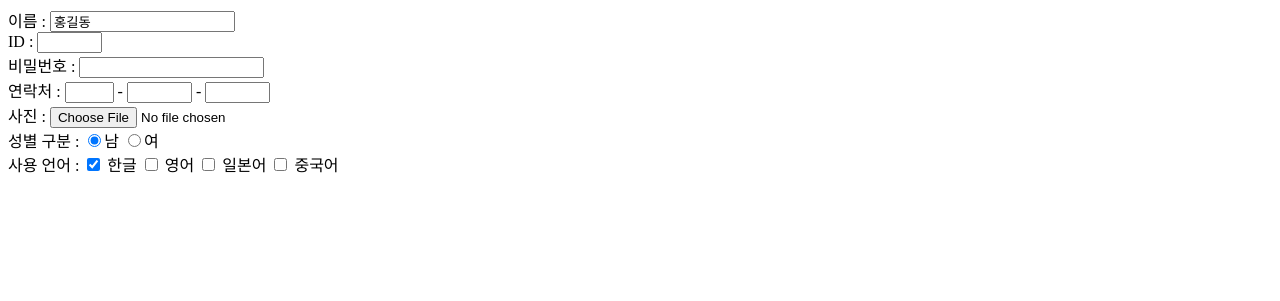
Repository: HyeogDo/Study_Java
Page: JSP/HTML/src/main/webapp/Lec07.html
The author's editor kept a copy of each file at every save. The page is drawn from the files as they stood at one save, then again after the next save.
The browser window is 1280 px wide. The pictures show the whole page.

Above is the page before, as saved 2022-03-15 05:14:18.

### JSP/HTML/src/main/webapp/Lec07.html
<!DOCTYPE html>
<html>
	<head>
		<meta charset="UTF-8">
		<title>Form Tag</title>
	</head>
	<body>
		<form action="#" method="get">
			이름 : <input type="text" name="userName" value="홍길동"><br>
			ID : <input type="text" name="userId" size="5"><br>
			비밀번호 : <input type="password" name="userPassword"><br>
			연락처 : <input type="text" name="userPhoneNum1" size = "3" maxlength="3"> - <input type="text" name="userPhoneNum2" size = "5" maxlength="4" > - <input type="text" name="userPhoneNum3" size = "5" maxlength="4"><br>
			사진 : <input type="file" name="picture"><br>
			성별 구분 : <input type="radio" name="gender" value="man" checked="checked">남
					<input type="radio" name="gender" value="woman" >여<br>
			사용 언어 :
				<input type="checkbox" name = "lang" value="kor" checked="checked"> 한글
				<input type="checkbox" name = "lang" value="eng" > 영어
				<input type="checkbox" name = "lang" value="jpn" > 일본어
				<input type="checkbox" name = "lang" value="chn" > 중국어
		</form>


	</body>
</html>

After the next save:
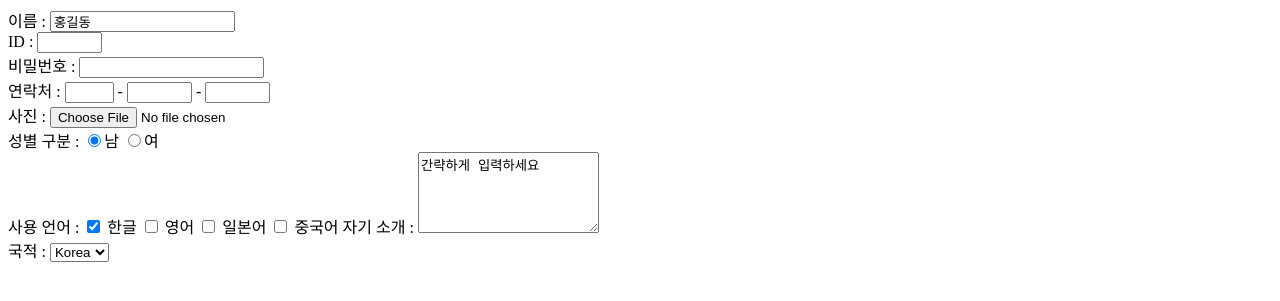
Saved 4 min 17 s later.
--- a/JSP/HTML/src/main/webapp/Lec07.html
+++ b/JSP/HTML/src/main/webapp/Lec07.html
@@ -18,6 +18,15 @@
 				<input type="checkbox" name = "lang" value="eng" > 영어
 				<input type="checkbox" name = "lang" value="jpn" > 일본어
 				<input type="checkbox" name = "lang" value="chn" > 중국어
+			자기 소개 :
+				<textarea rows="5" cols="20">간략하게 입력하세요</textarea><br>
+			국적 :
+				<select>
+					<option>Korea</option>
+					<option>USA</option>
+					<option>Japan</option>
+					<option>China</option>
+				</select>
 		</form>
 
 
